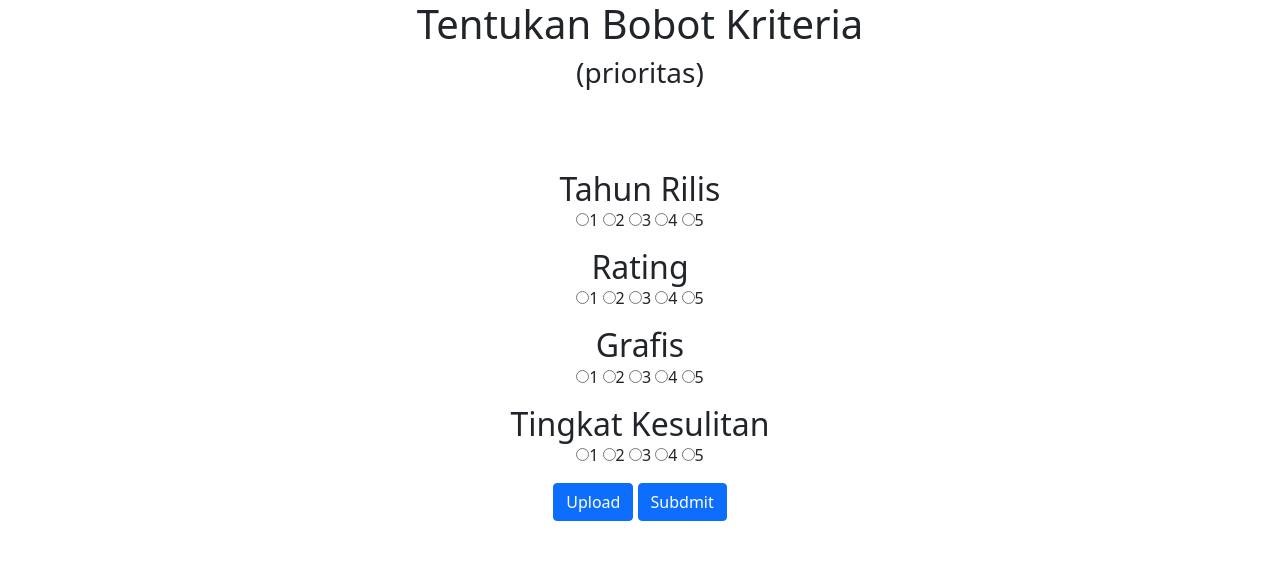
Repository: aqordeon/SPKWP
Page: http://localhost/hitungKriteria.php
An editor plug-in stored every save of this project. The page is shown before and after the next save, followed by the edit.
The browser window is 1280 px wide. The pictures show the whole page.
The page is run by PHP 8.4 with error messages shown; the project is at /var/www/html/. Queries for data that is not in the repository find no rows.

Above is the page before, as saved 2021-01-01 23:29:20.

After the next save:
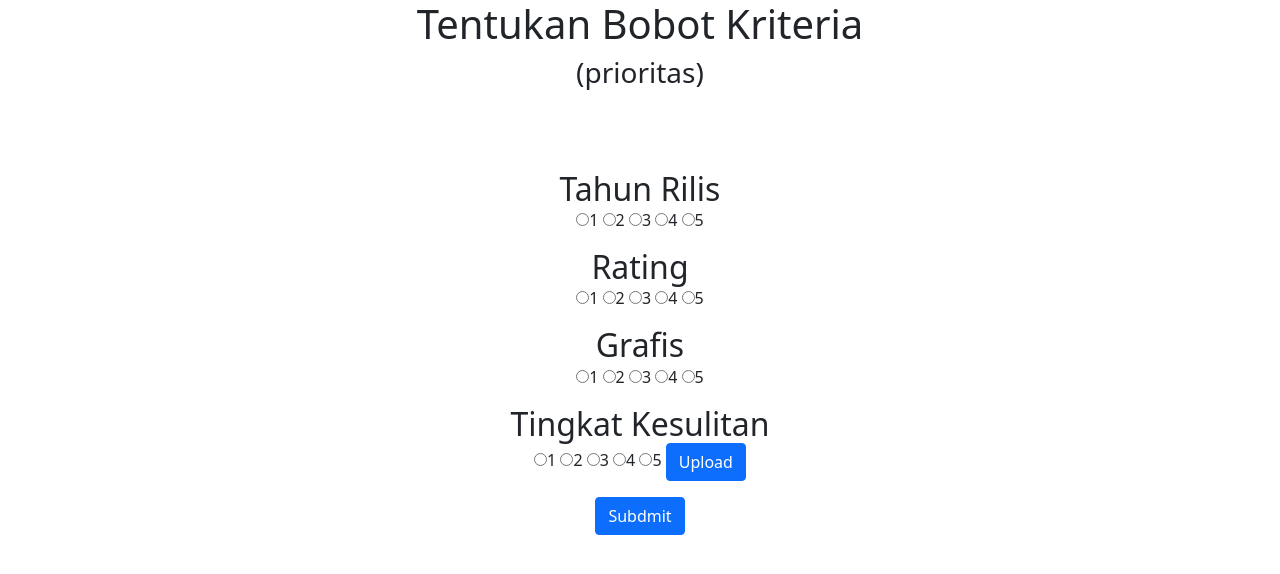
Saved 101 s later.
--- a/hitungKriteria.php
+++ b/hitungKriteria.php
@@ -101,19 +101,21 @@
                     <label class="radio-inline">
                         <input type="radio" name="optradio_tingkatkesulitan" value="5">5
                     </label>
+                    <input type='submit' class="btn btn-primary" value='Upload' name='kriteria_submit'>
                 </form>
 
 
             </div>
 
-            <input type='submit' class="btn btn-primary" value='Upload' name='kriteria_submit'>
-            <a href="hitung_vektor.php" class="btn btn-primary" name='kriteria_sddubmit'>Subdmit</a>   <!-- mengarah ke hitung_vektor.php -->
+
+            <a href="hitung_vektor.php" class="btn btn-primary" name='kriteria_submit'>Subdmit</a>   <!-- mengarah ke hitung_vektor.php -->
 
     </center>
 
     <?php
         if(isset($_POST['kriteria_submit'])){
 
+            $_SESSION["bobotkriteria_tahunrilis"] = $_POST["optradio_tahunrilis"];
             echo "<div class='alert alert-info'>Query berhasil dan file telah dipindah.</div>";
                     echo "<meta http-equiv='refresh' content='1;url=produk.php'>";
 
